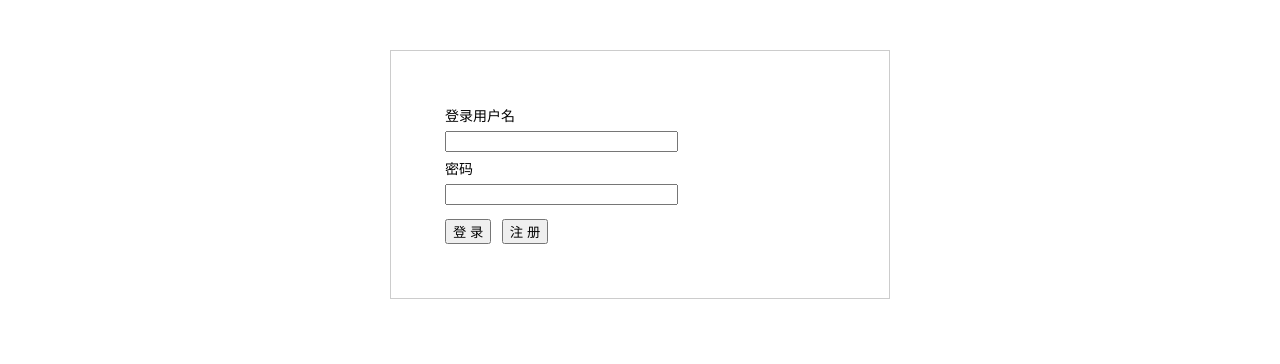
Repository: tangqingyun/java
Page: http://localhost/tamny_blog/Login.jsp
The author's editor kept a copy of each file at every save. The page is drawn from the files as they stood at one save, then again after a run of saves.
The browser window is 1280 px wide. The pictures show the whole page.
The page is served by Tomcat 9. Nobody is signed in. The application's start-up code is not run.

Above is the page before, as saved 2015-01-20 01:52:22.

After the next 2 saves:
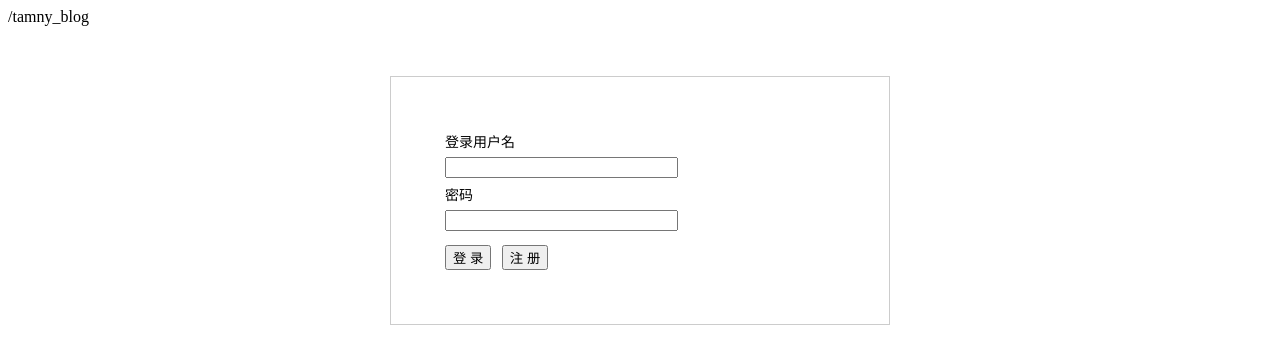
The 2 saves are shown as one change because they came seconds apart.
The last was saved 3 min 57 s later.
--- a/tamny_blog/WebContent/Login.jsp
+++ b/tamny_blog/WebContent/Login.jsp
@@ -36,6 +36,7 @@
 	}*/
 %>
 <body>
+${pageContext.request.contextPath}
 	<form action="/sln_struts2/blogs/LoginAction.action" method="post">
 		<table id="table_01">
 			<tr>
